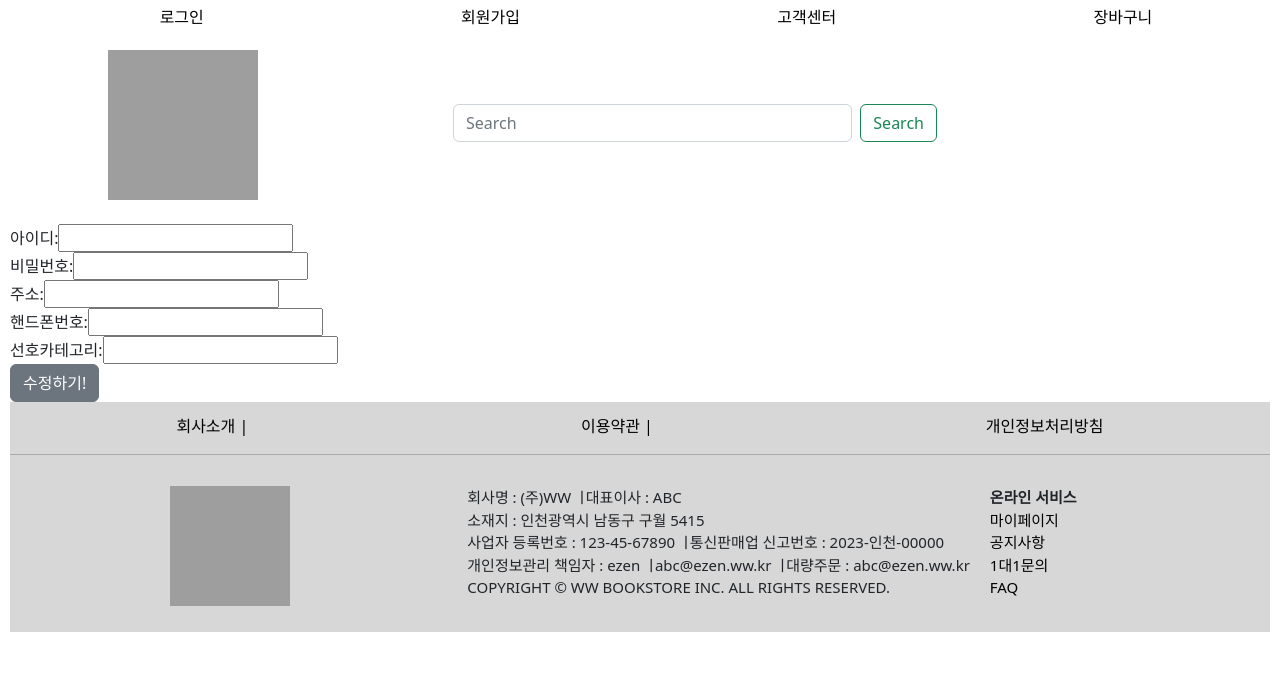
Repository: leehyeonung/project4
Page: http://localhost/book/WEB-INF/views/member/modify.jsp
The author's editor kept a copy of each file at every save. The page is drawn from the files as they stood at one save, then again after a run of saves.
The browser window is 1280 px wide. The pictures show the whole page.
Pictures or frames that could not be fetched are drawn as grey boxes. The page is served by Tomcat 9. Nobody is signed in. Other server files are loaded and not shown. The template is opened directly, without the code that normally fills it, so the values that code supplies are empty.

Above is the page before, as saved 2023-01-06 08:30:49.

### book/src/main/webapp/WEB-INF/views/member/modify.jsp
<%@ page language="java" contentType="text/html; charset=UTF-8"
    pageEncoding="UTF-8"%>
<!DOCTYPE html>
<html>
<head>
<meta charset="UTF-8">
<title>수정페이지</title>
<link rel="stylesheet" type="text/css" href="/resources/css/main.css">
</head>
<body>
<jsp:include page="../layout/header.jsp"></jsp:include>
<div class="main">
	<form action="/mem/modify" method="post">
		<input type="text" name="mem_num" value="${ses.mem_num}" hidden ><br>
		아이디:<input type="text" name="mem_id" value="${ses.mem_id}" ><br>
		비밀번호:<input type="password" name="mem_pw" value="" required ><br>
		주소:<input type="text" name="mem_ad" value="${ses.mem_ad}" ><br>
		핸드폰번호:<input type="text" name="mem_cell_num" value="${ses.mem_cell_num}" ><br>
		선호카테고리:<input type="text" name="mno_cno" value="${ses.mno_cno}" ><br>
		<button type="submit" class="btn btn-secondary">수정하기!</button>
	</form>
</div>
<jsp:include page="../layout/footer.jsp"></jsp:include>
</body>
</html>

### book/src/main/webapp/WEB-INF/views/layout/header.jsp
<%@ page language="java" contentType="text/html; charset=UTF-8"
    pageEncoding="UTF-8"%>
<%@ taglib uri="http://java.sun.com/jsp/jstl/core" prefix="c"%>
<!DOCTYPE html>
<html>
<head>
<meta charset="UTF-8">
<title>Insert title here</title>
<!-- CSS only -->
<link href="https://cdn.jsdelivr.net/npm/bootstrap@5.2.2/dist/css/bootstrap.min.css"
rel="stylesheet" integrity="sha384-Zenh87qX5JnK2Jl0vWa8Ck2rdkQ2Bzep5IDxbcnCeuOxjzrPF/et3URy9Bv1WTRi"
crossorigin="anonymous">
<link rel="stylesheet" type="text/css" href="/resources/css/header.css">
</head>
<body>
<div class="header">
    <div class="menu">
        <c:if test="${ses.mem_id ==null}">
        <ul><a href="/mem/loginPage">로그인</a></ul>
        <ul><a href="/mem/joinPage">회원가입</a></ul>
        </c:if>
        <c:if test="${ses.mem_id == 'admin' }">
        <ul><a href="/mem/logOut">로그아웃</a></ul>
        <ul><a href="/mem/adminpage">관리인페이지</a></ul>
        </c:if>
        <c:if test="${ses.mem_id !=null && ses.mem_id !='admin' }">
        <ul><a href="/mem/logOut">로그아웃</a></ul>
        <ul><a href="/mem/mypage">마이페이지</a></ul>
        </c:if>
        <ul><a href="#">고객센터</a></ul>
        <ul><a href="#">장바구니</a></ul>
    </div>
    <div class="bar">
       <div class="logo">
         <a href="/"><img src="/resources/image/logo.jpg" alt="로고"></a>
       </div>
         <div class="searchBar">
            <form class="d-flex" role="search">
                 <input class="form-control me-2" type="search" placeholder="Search" aria-label="Search">
                 <button class="btn btn-outline-success" type="submit">Search</button>
              </form>
         </div>
       <div class="icons">
         <a href=""><i class="fa-solid fa-cart-shopping"></i></a>
            <a href=""><i class="fa-solid fa-user"></i></a>
       </div>
    </div>
</div>
</body>
</html>

### book/src/main/webapp/WEB-INF/views/layout/footer.jsp
<%@ page language="java" contentType="text/html; charset=UTF-8"
   pageEncoding="UTF-8"%>
<!DOCTYPE html>
<html>
<head>
<meta charset="UTF-8">
<title>Insert title here</title>
<link rel="stylesheet" type="text/css" href="/resources/css/footer.css">

</head>

<body>
   <div class="footer">
      <div class="footer-top">
         <ul>
            <li><a href="/introduce">회사소개 | </a></li>
            <li><a href="">이용약관 | </a></li>
            <li><a href="">개인정보처리방침</a></li>
         </ul>
      </div>
      <hr>
      <div class="address">
         <div class="footer-logo">
            <img src="/resources/image/logo.jpg" alt="로고">
         </div>
         <div class="address-box">
            <ul>
               <li>회사명 : (주)WW <span style="margin-right: -7px;">ㅣ</span>
                  대표이사 : ABC
               </li>

               <li>소재지 : 인천광역시 남동구 구월 5415</li>
               <li>사업자 등록번호 : 123-45-67890 <span style="margin-right: -7px;">ㅣ</span>
                  통신판매업 신고번호 : 2023-인천-00000
               </li>

               <li>개인정보관리 책임자 : ezen <span style="margin-right: -7px;">ㅣ</span>
                  abc@ezen.ww.kr <span style="margin-right: -7px;">ㅣ</span> 대량주문 :
                  abc@ezen.ww.kr
               </li>

               <li>COPYRIGHT © WW BOOKSTORE INC. ALL RIGHTS RESERVED.</li>

            </ul>

         </div>
         <div class="online-serviceBar">
            <strong>온라인 서비스</strong>
            <ul>
               <li><a href="">마이페이지</a></li>
               <li><a href="">공지사항</a></li>
               <li><a href="">1대1문의</a></li>
               <li><a href="">FAQ</a></li>
            </ul>
         </div>
      </div>
   </div>

</body>
</html>

### book/src/main/webapp/resources/css/main.css
@charset "UTF-8";

.main{
	width:1260px;
	margin: 0 auto;
}

### book/src/main/webapp/resources/css/header.css
@charset "UTF-8";
*{
	margin: 0 auto;
	padding: 0px;
}
.header{
	margin: 0 auto;
    width: 1260px;
    height: 200px;
   /*  background-color: pink; */
}
.menu{
   display: flex;
   justify-content: flex-end;
   padding:5px;

}
.logo{
    width: 150px;
    height: 150px;
    background-color: blue;
}
.logo>a>img{
    width: 150px;
    height: 150px;
}
.searchBar{
   /* position:absolute; */
    width: 484px;
    height: 42px;
    /* background-color: gold; */
    margin-top:54px;
    border-radius: 30px;

}
.bar{

   height: 150px;
   display: flex;
   flex-direction: row;
   flex-wrap:nowrap;
   justify-content:space-around;
/*    align-items: baseline; */


}
i{
    font-size: 42px;
    color: black;
    margin-top:54px;
    margin-right: 20px;
}

### book/src/main/webapp/resources/css/footer.css
@charset "UTF-8";
.footer {
   width: 1260px;
   height: 230px;
   background-color: rgba(175, 175, 175, 0.5);
   margin: 0 auto;
}

.footer-logo {

   width: 120px;
   height: 120px;
   background-color: beige;
}
.footer-logo>img{
   width: 120px;
   height: 120px;
}

.address-box {
   text-align: left;
   padding: 0;
   margin: 0;
}

.address {
   padding: 15px;
   height: 150px;
   display: flex;
   font-size: 15px;
   /* align-items: baseline; */
   flex-direction: row;
   flex-wrap: nowrap;
   justify-content: space-around;
}

ul {
   list-style: none;
}

.footer, .address li {

}

.footer-top {
   text-align: center;
   padding-top: 12px;
}

.footer-top>ul {
   margin: 0;
   padding: 0;
   display: flex;
   justify-content: center;
}

.footer-top>li {
   margin: 0;
   padding: 0;
}

a {
   text-decoration-line: none;
   color: black;
}

a:visited {
   text-decoration: none;
}

a:hover {
   text-decoration: none;
}

a:focus {
   text-decoration: none;
}

a:hover, a:active {
   text-decoration: none;
}

.online-serviceBar {
   padding: 0px;
   margin-left: 20px;
   width: 120px;
   height: 120px;
}

.online-serviceBar>ul {
   margin: 0px;
   padding: 0px;
}

After the next 2 saves:
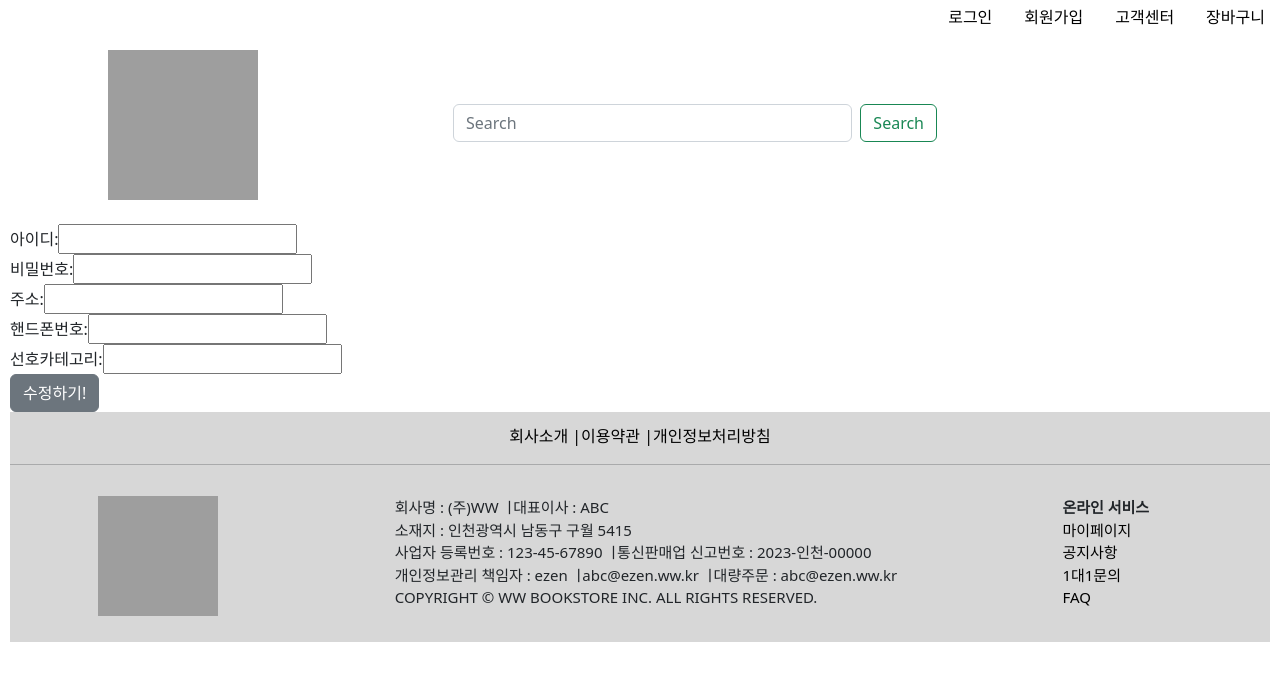
The 2 saves are shown as one change because they came seconds apart.
The last was saved 12 min 44 s later.
--- a/book/src/main/webapp/resources/css/header.css
+++ b/book/src/main/webapp/resources/css/header.css
@@ -1,8 +1,4 @@
 @charset "UTF-8";
-*{
-	margin: 0 auto;
-	padding: 0px;
-}
 .header{
 	margin: 0 auto;
     width: 1260px;

After the save that followed:
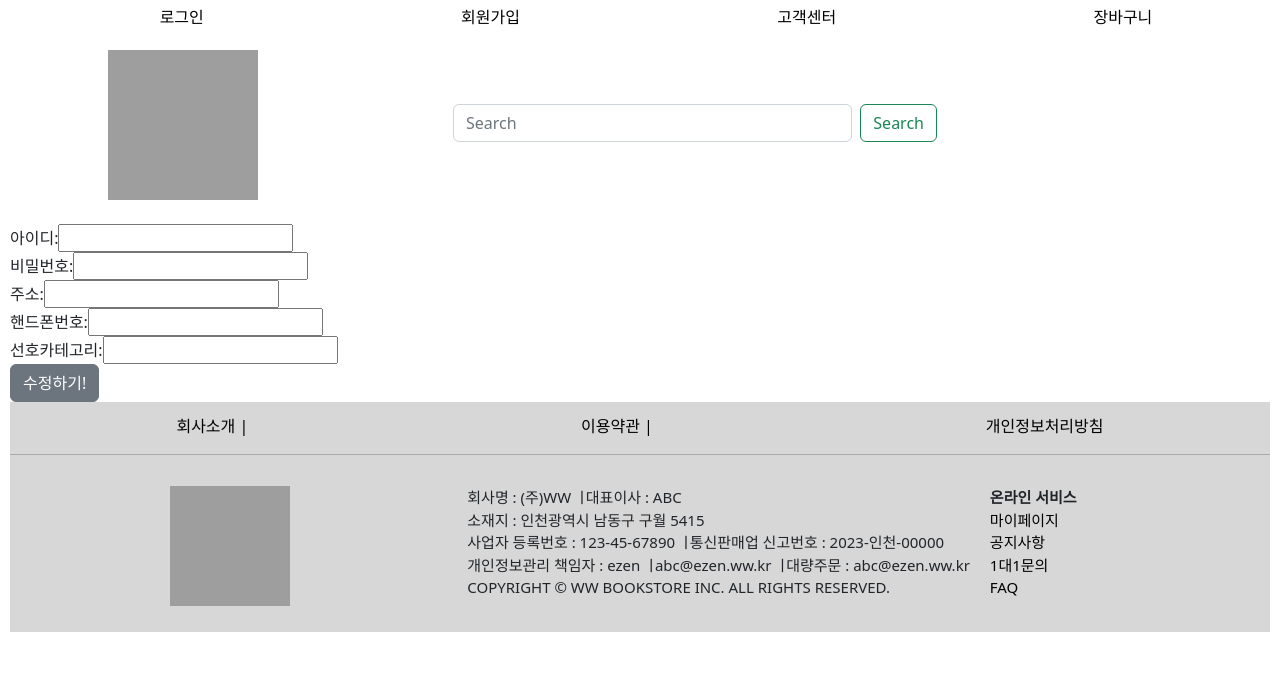
Saved 8 s later.
--- a/book/src/main/webapp/resources/css/header.css
+++ b/book/src/main/webapp/resources/css/header.css
@@ -1,4 +1,8 @@
 @charset "UTF-8";
+*{
+	margin: 0 auto;
+	padding: 0px;
+}
 .header{
 	margin: 0 auto;
     width: 1260px;
